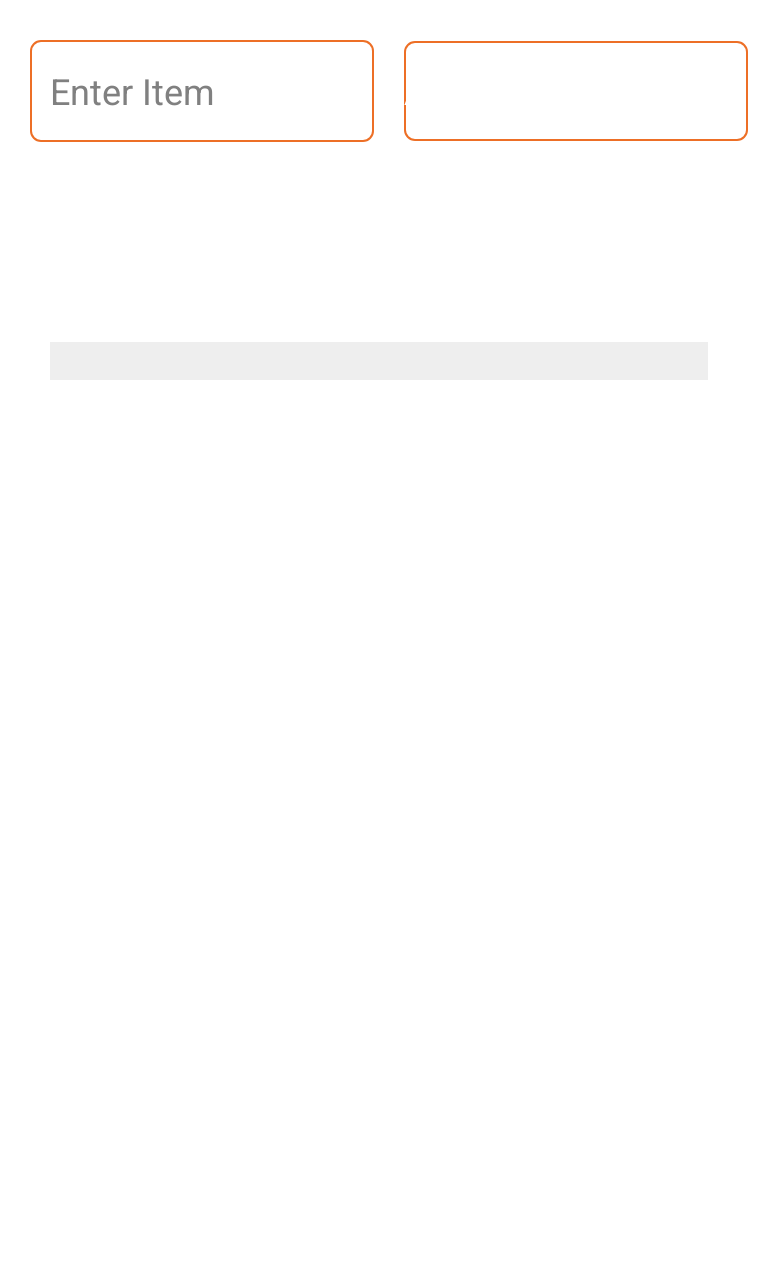
Repository: ianDervan/FYP_ShopSmart
Layout: FYP/ShopSmart/res/layout/activity_shopping_list.xml
The author's editor kept a copy of each file at every save. The layout is drawn from the files as they stood at one save, then again after the next save.
It is drawn on a 768 x 1280 px phone screen (xhdpi) without system bars, with theme AppTheme; the app's code is not run.

Above is the layout before, as saved 2015-01-16 20:56:08.

After the next save:
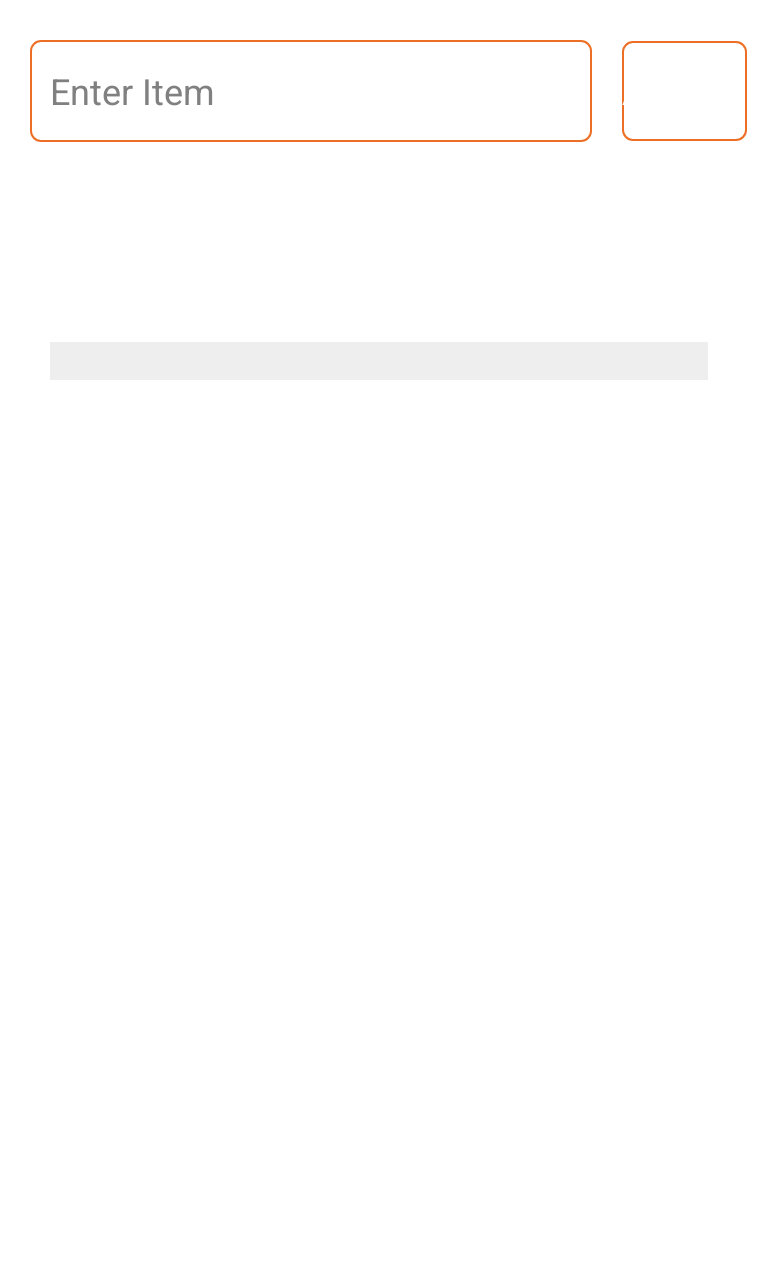
Saved 21 s later.
--- a/FYP/ShopSmart/res/layout/activity_shopping_list.xml
+++ b/FYP/ShopSmart/res/layout/activity_shopping_list.xml
@@ -16,7 +16,7 @@
             android:layout_height="51dp"
             android:layout_marginLeft="5dp"
             android:layout_marginTop="10dp"
-            android:layout_weight=".2"
+            android:layout_weight=".9"
             android:background="@drawable/customeditext"
             android:dropDownWidth="340dp"
             android:hint="Enter Item"
